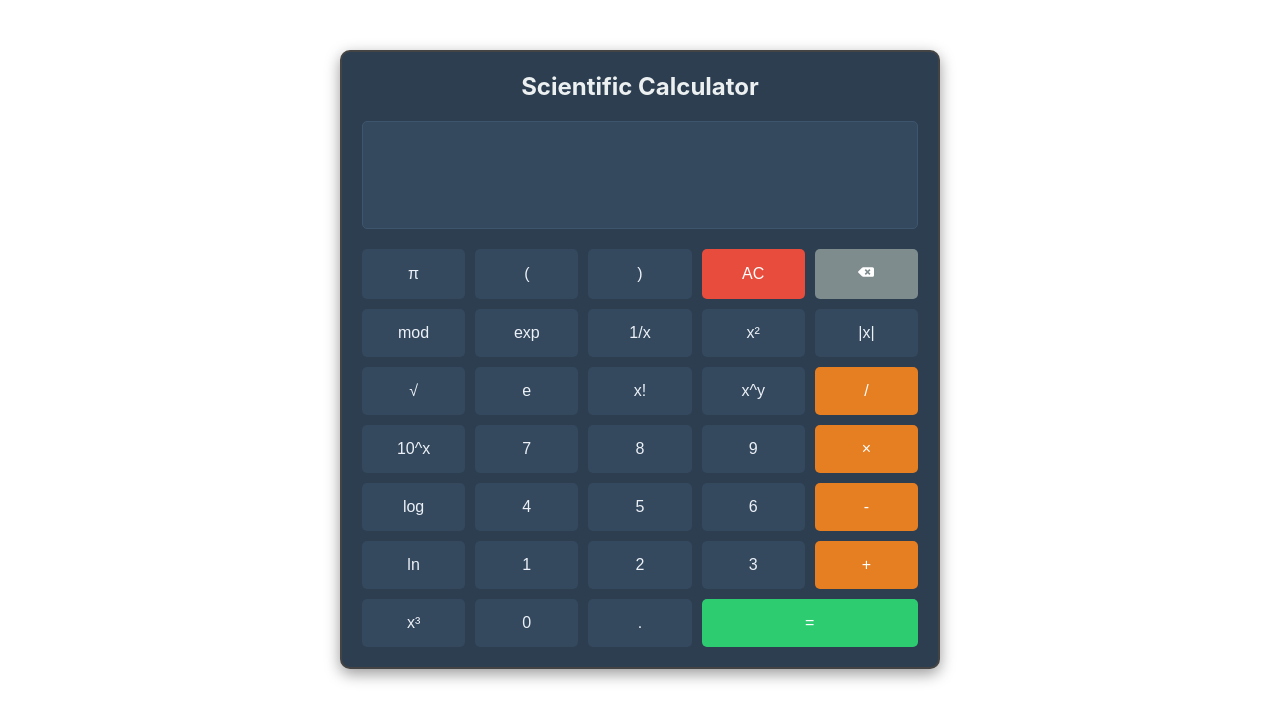
Repository: thesaherriaz/Calculator-React
Page: /
An editor plug-in stored every save of this project. The page is shown before and after the next save, followed by the edit.
The browser window is 1280 px wide. The pictures show the whole page.
The project was rebuilt for these pictures with package versions that can differ from the ones it lists, and the page was loaded fresh each time.

Above is the page before, as saved 2025-06-20 12:53:19.

### public/index.html
<!DOCTYPE html>
<html lang="en">
  <head>
    <meta charset="utf-8" />
    <link rel="icon" href="%PUBLIC_URL%/favicon.ico" />
    <meta name="viewport" content="width=device-width, initial-scale=1" />
    <meta name="theme-color" content="#000000" />
    <meta
      name="description"
      content="Web site created using create-react-app"
    />
    <link rel="apple-touch-icon" href="%PUBLIC_URL%/logo192.png" />
    <link rel="stylesheet" href="https://cdnjs.cloudflare.com/ajax/libs/font-awesome/6.0.0/css/all.min.css">
    <!--
      manifest.json provides metadata used when your web app is installed on a
      user's mobile device or desktop. See https://developers.google.com/web/fundamentals/web-app-manifest/
    -->
    <link rel="manifest" href="%PUBLIC_URL%/manifest.json" />
    <!--
      Notice the use of %PUBLIC_URL% in the tags above.
      It will be replaced with the URL of the `public` folder during the build.
      Only files inside the `public` folder can be referenced from the HTML.

      Unlike "/favicon.ico" or "favicon.ico", "%PUBLIC_URL%/favicon.ico" will
      work correctly both with client-side routing and a non-root public URL.
      Learn how to configure a non-root public URL by running `npm run build`.
    -->
    <title>React App</title>
  </head>
  <body>
    <noscript>You need to enable JavaScript to run this app.</noscript>
    <div id="root"></div>
    <!--
      This HTML file is a template.
      If you open it directly in the browser, you will see an empty page.

      You can add webfonts, meta tags, or analytics to this file.
      The build step will place the bundled scripts into the <body> tag.

      To begin the development, run `npm start` or `yarn start`.
      To create a production bundle, use `npm run build` or `yarn build`.
    -->
  </body>
</html>

### src/App.js
import React from 'react'
import Calculator from './compnents/Calculator'

function App() {
  return (
    <Calculator />
  )
}

export default App

### src/compnents/Calculator.jsx
import React, { useState } from 'react';
import './Calculator.css';
import { FaBackspace } from "react-icons/fa";

function Calculator() {
    const [input, setInput] = useState('');
    const [result, setResult] = useState('');

    const handleClick = (value) => {
        if (value === 'AC') {
            setInput('');
            setResult('');
        } else if (value === 'DEL') {
            setInput(prev => prev.slice(0, -1));
        } else if (value === '=') {
            calculateResult();
        } else if (value === '√') {
            setInput(prev => `Math.sqrt(${prev})`);
        } else if (value === 'x²') {
            setInput(prev => `Math.pow(${prev},2)`);
        } else if (value === 'x³') {
            setInput(prev => `Math.pow(${prev},3)`);
        } else if (value === 'x^y') {
            setInput(prev => `${prev}^`);
        } else if (value === '1/x') {
            setInput(prev => `1/(${prev})`);
        } else if (value === 'log') {
            setInput(prev => `Math.log10(${prev})`);
        } else if (value === 'ln') {
            setInput(prev => `Math.log(${prev})`);
        } else if (value === 'π') {
            setInput(prev => prev + 'Math.PI');
        } else if (value === 'e') {
            setInput(prev => prev + 'Math.E');
        } else if (value === '10^x') {
            setInput(prev => `Math.pow(10,${prev})`);
        } else if (value === 'x!') {
            setInput(prev => `factorial(${prev})`);
        } else {
            setInput(prev => prev + value);
        }
    };

    const factorial = (n) => {
        if (n < 0) return NaN;
        if (n <= 1) return 1;
        return n * factorial(n - 1);
    };

    const calculateResult = () => {
        try {
            // Replace ^ with ** for exponentiation
            let expression = input.replace(/\^/g, '**');
            // Evaluate the expression
            setResult(eval(expression).toString());
        } catch (error) {
            setResult('Error');
        }
    };

    return (
        <div className="calculator">
            <h1>Scientific Calculator</h1>
            <div className="display">
                <div className="input">{input}</div>
                <div className="result">{result}</div>
            </div>
            <div className="buttons">
                <button onClick={() => handleClick('π')}>π</button>
                <button onClick={() => handleClick('(')}>(</button>
                <button onClick={() => handleClick(')')}>)</button>
                <button onClick={() => handleClick('AC')} className="clear">AC</button>
                <button onClick={() => handleClick('DEL')} className="delete"><FaBackspace /></button>

                <button onClick={() => handleClick('mod')}>mod</button>
                <button onClick={() => handleClick('exp')}>exp</button>
                <button onClick={() => handleClick('1/x')}>1/x</button>
                <button onClick={() => handleClick('x²')}>x²</button>
                <button onClick={() => handleClick('Math.abs()')}>|x|</button>

                <button onClick={() => handleClick('√')}>√</button>
                <button onClick={() => handleClick('e')}>e</button>
                <button onClick={() => handleClick('x!')}>x!</button>
                <button onClick={() => handleClick('x^y')}>x^y</button>
                <button className="operator" onClick={() => handleClick('/')}>/</button>

                <button onClick={() => handleClick('10^x')}>10^x</button>
                <button onClick={() => handleClick('7')}>7</button>
                <button onClick={() => handleClick('8')}>8</button>
                <button onClick={() => handleClick('9')}>9</button>
                <button className="operator" onClick={() => handleClick('*')}>×</button>

                <button onClick={() => handleClick('log')}>log</button>
                <button onClick={() => handleClick('4')}>4</button>
                <button onClick={() => handleClick('5')}>5</button>
                <button onClick={() => handleClick('6')}>6</button>
                <button className="operator" onClick={() => handleClick('-')}>-</button>

                <button onClick={() => handleClick('ln')}>ln</button>

                <button onClick={() => handleClick('1')}>1</button>
                <button onClick={() => handleClick('2')}>2</button>
                <button onClick={() => handleClick('3')}>3</button>
                <button className="operator" onClick={() => handleClick('+')}>+</button>

                <button onClick={() => handleClick('x³')}>x³</button>
                <button onClick={() => handleClick('0')}>0</button>
                <button onClick={() => handleClick('.')}>.</button>
                <button className="equals" onClick={() => handleClick('=')}>=</button>
            </div>
        </div>
    );
}

export default Calculator;

### src/compnents/Calculator.css
*{
    box-sizing: border-box;
    margin: 0;
    padding: 0;
}
.calculator {
    width: 600px;
    margin: 50px auto;
    border: 2px solid #444;
    border-radius: 10px;
    padding: 20px;
    background-color: #2c3e50;
    box-shadow: 0 5px 15px rgba(0, 0, 0, 0.4);
    color: white;
}

.calculator h1 {
    text-align: center;
    color: #ecf0f1;
    margin-bottom: 20px;
    font-size: 1.5em;
}

.display {
    background-color: #34495e;
    border: 1px solid #3d566e;
    border-radius: 5px;
    padding: 15px;
    margin-bottom: 20px;
    text-align: right;
    min-height: 70px;
}

.input {
    font-size: 1.2em;
    color: #bdc3c7;
    min-height: 1.2em;
    margin-bottom: 10px;
    word-wrap: break-word;
}

.result {
    font-size: 1.8em;
    font-weight: bold;
    color: #ecf0f1;
    min-height: 1.5em;
    word-wrap: break-word;
}

.buttons {
    display: grid;
    grid-template-columns: repeat(5, 1fr);
    grid-gap: 10px;
}

button {
    padding: 15px;
    font-size: 1em;
    border: none;
    border-radius: 5px;
    background-color: #34495e;
    color: #ecf0f7;
    cursor: pointer;
    transition: all 0.2s;
}

button:hover {
    background-color: #3d566e;
}

button:active {
    transform: scale(0.95);
}

.operator {
    background-color: #e67e22;
    color: white;
}

.operator:hover {
    background-color: #d35400;
}

.clear {
    background-color: #e74c3c;
    color: white;
}

.clear:hover {
    background-color: #c0392b;
}

.delete {
    background-color: #7f8c8d;
    color: white;
}

.delete:hover {
    background-color: #95a5a6;
}

.equals {
    background-color: #2ecc71;
    color: white;
    grid-column: span 2;
}

.equals:hover {
    background-color: #27ae60;
}

/* Scientific buttons
button:nth-child(1),
button:nth-child(2),
button:nth-child(3),
button:nth-child(4),
button:nth-child(5),
button:nth-child(6),
button:nth-child(11),
button:nth-child(12),
button:nth-child(13),
button:nth-child(14),
button:nth-child(19),
button:nth-child(20),
button:nth-child(21) {
    background-color: #3498db;
}

button:nth-child(1):hover,
button:nth-child(2):hover,
button:nth-child(3):hover,
button:nth-child(4):hover,
button:nth-child(5):hover,
button:nth-child(6):hover,
button:nth-child(11):hover,
button:nth-child(12):hover,
button:nth-child(13):hover,
button:nth-child(14):hover,
button:nth-child(19):hover,
button:nth-child(20):hover,
button:nth-child(21):hover {
    background-color: #2980b9;
} */

Loaded but not shown: src/index.js (common file); src/index.css (common file); src/reportWebVitals.js (common file)

After the next save:
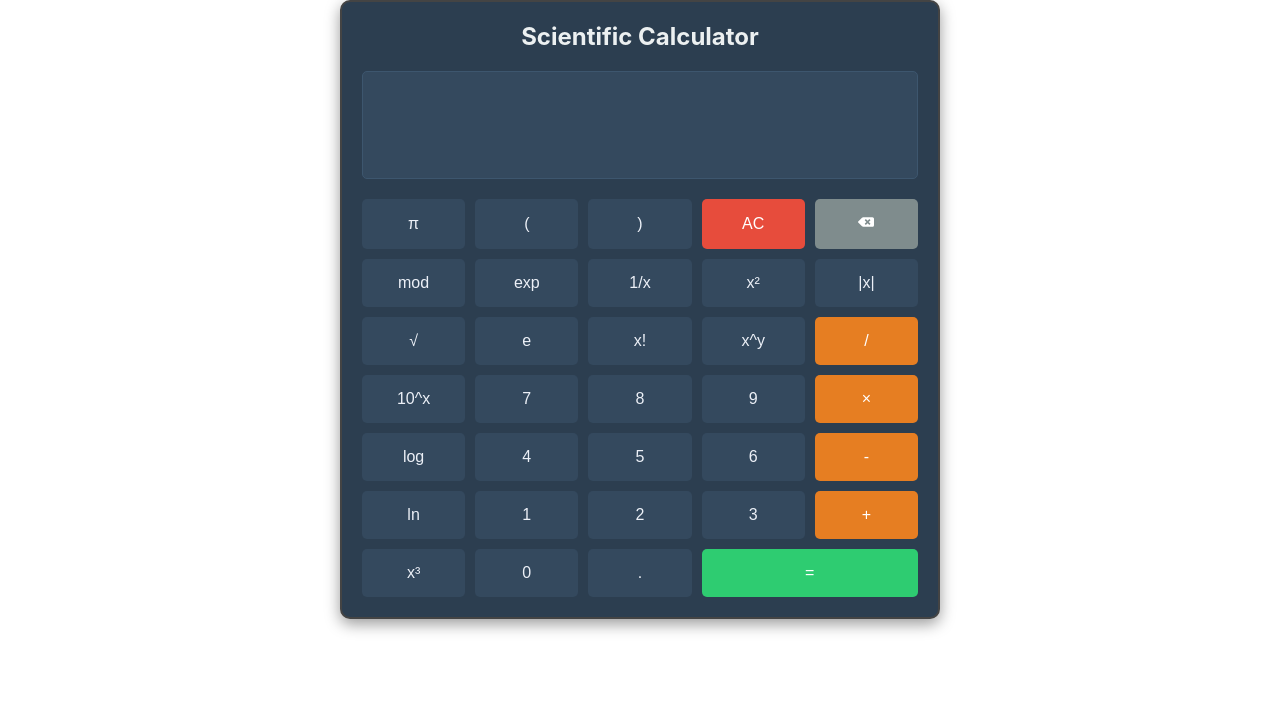
Saved 11 s later.
--- a/src/compnents/Calculator.css
+++ b/src/compnents/Calculator.css
@@ -5,7 +5,7 @@
 }
 .calculator {
     width: 600px;
-    margin: 50px auto;
+    margin: 0px auto;
     border: 2px solid #444;
     border-radius: 10px;
     padding: 20px;

After the save that followed:
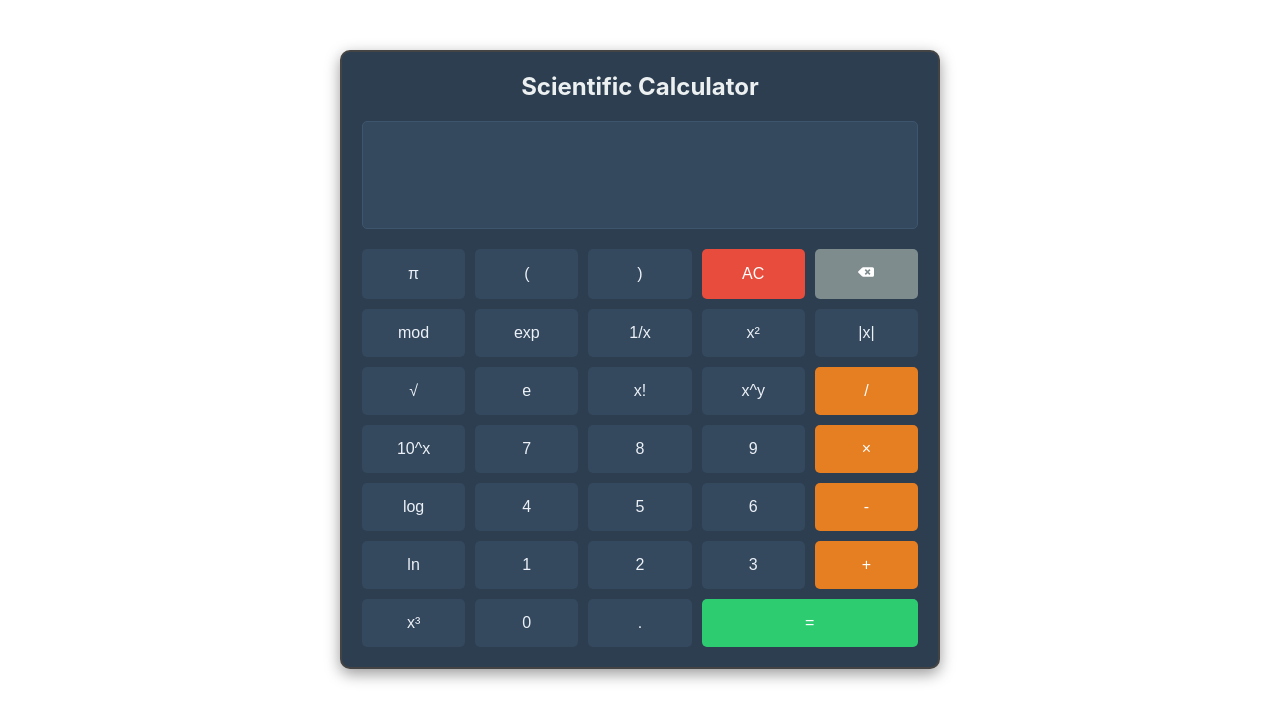
Saved 7 s later.
--- a/src/compnents/Calculator.css
+++ b/src/compnents/Calculator.css
@@ -5,7 +5,7 @@
 }
 .calculator {
     width: 600px;
-    margin: 0px auto;
+    margin: 50px auto;
     border: 2px solid #444;
     border-radius: 10px;
     padding: 20px;
